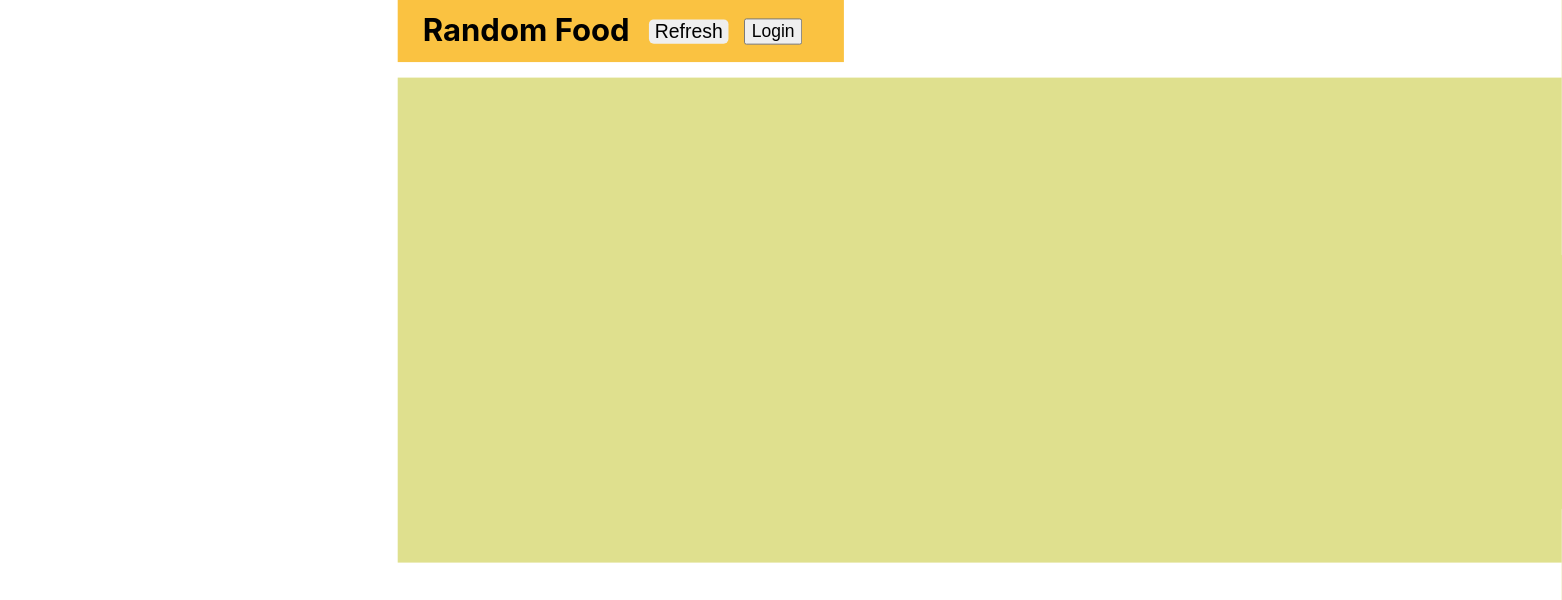
Repository: limjoohyun2030/random-food
Page: /random-food/home
An editor plug-in stored every save of this project. The page is shown before and after the next save, followed by the edit.
The browser window is 1280 px wide. The page is 1610 px wide, then 1280 px, so the pictures cover 1610 px, including what lies to the right of the window. The pictures show the whole page, at 97% of full size.
The page's requests for data from a server got no answer. The project was rebuilt for these pictures with package versions that can differ from the ones it lists, and the page was loaded fresh each time. A package was used in the major version that the imports need, not the one package.json lists. No one was signed in, and anything a server would have sent is missing. Also part of the build but not shown: src/components/food_detail/food_detail.module.css, src/components/food_detail/food_detail.jsx, src/components/food_item/food_item.module.css, src/components/food_item/food_item.jsx, src/components/login/login.module.css, src/components/login/login.jsx.

Above is the page before, as saved 2021-11-11 17:36:42.

### public/index.html
<!DOCTYPE html>
<html lang="en">
  <head>
    <meta charset="utf-8" />
    <link rel="icon" href="/images/foodIcon.ico" />
    <meta name="viewport" content="width=device-width, initial-scale=1" />
    <meta name="theme-color" content="#000000" />
    <meta
      name="description"
      content="Web site created using create-react-app"
    />

    <title>Random Food</title>
  </head>
  <body>
    <noscript>You need to enable JavaScript to run this app.</noscript>
    <div id="root"></div>
  </body>
</html>

### src/index.js
import React from "react";
import ReactDOM from "react-dom";
import "./index.css";
import App from "./app";
import AuthService from "./service/auth_service";

const authService = new AuthService();

ReactDOM.render(
  <React.StrictMode>
    <App authService={authService} />
  </React.StrictMode>,
  document.getElementById("root")
);

### src/index.css
body {
  margin: 0;
  padding: 0;
  font-family: -apple-system, BlinkMacSystemFont, "Segoe UI", "Roboto", "Oxygen",
    "Ubuntu", "Cantarell", "Fira Sans", "Droid Sans", "Helvetica Neue",
    sans-serif;
  -webkit-font-smoothing: antialiased;
  -moz-osx-font-smoothing: grayscale;
}

code {
  font-family: source-code-pro, Menlo, Monaco, Consolas, "Courier New",
    monospace;
}

* {
  box-sizing: border-box;
}

#root {
  display: flex;
  justify-content: center;
}

### src/app.jsx
import { useEffect, useState, useRef } from "react";
import { BrowserRouter, Route, Switch } from "react-router-dom";
import styles from "./app.module.css";
import FoodDetail from "./components/food_detail/food_detail";
import FoodList from "./components/food_list/food_list";
import Header from "./components/header/header";
import Login from "./components/login/login";


function App({ authService }) {
  const ref = useRef();
  const [foods, setFoods] = useState([]);
  const [isSelectedFood, setIsSelectedFood] = useState();
  const [isFoodOpen, setIsFoodOpen] = useState(false);
  const [isRefresh, setIsRefresh] = useState(false);

  const selectFood = (food) => {
    setIsSelectedFood(food);
  };

  const onRefreshClick = () => {
    setIsRefresh((oldstate) => !oldstate);
  };

  useEffect(() => {
    const myHeaders = new Headers();
    myHeaders.append("Content-Type", "application/json");

    const requestOptions = {
      method: "GET",
      headers: myHeaders,
      redirect: "follow",
    };

    fetch(
      "https://api.spoonacular.com/recipes/random?number=4&apiKey=92cedfb0b9e844679738e6c6c90cd453",
      requestOptions
    )
      .then((response) => response.json())
      .then((result) => setFoods(result.recipes))
      .catch((error) => console.log("error", error));
  }, [isRefresh]);

  useEffect(() => {
    const checkIfClickedOutside = (e) => {
      if (isFoodOpen && ref.current && !ref.current.contains(e.target)) {
        setIsFoodOpen(false);
      }
    };

    document.addEventListener("mousedown", checkIfClickedOutside);

    return () => {
      document.removeEventListener("mousedown", checkIfClickedOutside);
    };
  }, [isFoodOpen]);

  return (
    <div className={styles.app}>
      <BrowserRouter>
        <Switch>
          <Route
            exact
            path="/random-food/"
            render={() => <Login authService={authService} />}
          />

          <Route
            path="/random-food/home"
            render={() => (
              <div>
                <Header onRefreshClick={onRefreshClick} />
                <section>
                  <div className={styles.detail}>
                    {isFoodOpen && <FoodDetail food={isSelectedFood} />}
                  </div>

                  <div
                    className={styles.list}
                    onClick={() => setIsFoodOpen((oldstate) => !oldstate)}
                  >
                    <FoodList
                      foods={foods}
                      onFoodClick={selectFood}
                      ref={ref}
                    />
                  </div>
                </section>
              </div>
            )}
          />
          <Route path="*">
            <h2>Page Not Found</h2>
          </Route>
        </Switch>
      </BrowserRouter>
    </div>
  );
}

export default App;

### src/service/auth_service.js
import firebase from "firebase";
import firebaseApp from "./firebase";

class AuthService {
  login() {
    const authProvider = new firebase.auth.GoogleAuthProvider();
    return firebaseApp.auth().signInWithPopup(authProvider);
  }
}

export default AuthService;

### src/app.module.css
/* @value makerLightOrange from './common/colors.css'; */

.app {
  max-width: 100rem;
  /* background-image: url("https://image.freepik.com/free-photo/spaghetti-with-spicy-mixed-seafood-dark-background_1150-45297.jpg"); */
  background-repeat: no-repeat;
  background-size: 100vw 100vh;
}

.content {
  position: relative;
}

.detail {
  z-index: 2;
  /* margin: auto 0; */
  margin-top: 1em;
  height: 500px;
  width: 1200px;
  position: absolute;
  background-color: #dfe08e;
}

.list {
  /* visibility: hidden; */
  z-index: 1;
}

### src/components/food_list/food_list.jsx
import React from "react";
import FoodItem from "../food_item/food_item";
import styles from "./food_list.module.css";

const FoodList = React.forwardRef(({ foods, onFoodClick }, ref) => {
  return (
    <section className={styles.foodBox}>
      {/* <div className={styles.sidebarLeft}>AD</div> */}
      <ul className={styles.foods}>
        {foods &&
          foods.map((food) => (
            <FoodItem
              key={food.id}
              food={food}
              onFoodClick={onFoodClick}
              ref={ref}
            />
          ))}
      </ul>
      {/* <div className={styles.sidebarRight}>AD</div> */}
    </section>
  );
});

export default FoodList;

### src/components/header/header.jsx
import styles from "./header.module.css";
import React from "react";

const Header = ({ onRefreshClick }) => {
  return (
    <header className={styles.header}>
      <div className={styles.leftbox}>
        {/* <img
          className={styles.foodIcon}
          src="https://github.com/Sweetpotatopizza/random-food/blob/main/public/images/reloadIcon.png"
          alt="logo"
        /> */}
        <h1 className={styles.title}>Random Food</h1>
        <button className={styles.reloadBox} onClick={onRefreshClick}>
          Refresh
          {/* <img
            className={styles.reloadBtn}
            src="/images/reload.png"
            alt="reload"
          /> */}
        </button>
      </div>
      {/* fontawesome needed */}
      <div className={styles.rightbox}>
        {/* <button className={styles.like}>Like</button> */}
        <button className={styles.login}>Login</button>
      </div>
    </header>
  );
};

export default Header;

### src/service/firebase.js
// Import the functions you need from the SDKs you need
// import { initializeApp } from "firebase/app";
import firebase from "firebase";

// TODO: Add SDKs for Firebase products that you want to use
// https://firebase.google.com/docs/web/setup#available-libraries

// Your web app's Firebase configuration
// For Firebase JS SDK v7.20.0 and later, measurementId is optional
const firebaseConfig = {
  apiKey: process.env.REACT_APP_FIREBASE_API_KEY,
  authDomain: process.env.REACT_APP_FIREBASE_AUTH_DOMAIN,
  databaseURL: process.env.REACT_APP_FIREBASE_DB_URL,
  projectId: process.env.REACT_APP_FIREBASE_PROJECT_ID,
  appId: process.env.REACT_APP_FIREBASE_APP_ID,
};

// console.log(process.env.REACT_APP_FIREBASE_API_KEY);
// Initialize Firebase
const firebaseApp = firebase.initializeApp(firebaseConfig);
export default firebaseApp;

### src/components/food_list/food_list.module.css
.foodBox {
  display: flex;
}

.foods {
  display: flex;
  flex-wrap: wrap;
  list-style: none;
  justify-content: center;
  align-items: center;
  width: 90%;
  margin: 1em auto;
  padding: 0;
  position: relative;
}

.sidebarLeft {
  margin-top: 1em;
  margin-left: 0.5em;
  background-color: chartreuse;
  font-size: 3em;
  width: 10%;
  cursor: blocked;
  position: relative;
}

.sidebarLeft::after {
  position: absolute;
  z-index: 2;
}

.sidebarRight {
  margin-top: 1em;
  margin-right: 0.5em;
  background-color: chartreuse;
  font-size: 3em;
  width: 10%;
  cursor: blocked;
  position: relative;
}

.sidebarRight::after {
  position: absolute;
  z-index: 2;
}

@media screen and (max-width: 769px) {
  .foods {
    flex-direction: column;
    flex-wrap: nowrap;
    width: 100%;
  }
}

### src/components/header/header.module.css
/* @value makerOrange from '../../common/colors.css'; */

.header {
  display: flex;
  height: 4rem;
  padding: 0.8em 1em;
  background-color: #fac241;
  align-items: center;
  justify-content: space-between;
}

.leftbox {
  display: flex;
  align-items: center;
  margin-right: 1em;
}

.title {
  margin-top: 19px;
  margin-left: 10px;
}

.foodIcon {
  width: 50px;
  height: 50px;
}

.reloadBox {
  font-size: 20px;
  border-radius: 5px;
  border: none;
  margin-left: 1em;
  transition: transform 200ms ease-in-out;
}

.reloadBox:hover {
  cursor: pointer;
  transform: scale(1.07);
}

.reloadBtn {
  width: 40px;
  height: 40px;
}

.reloadBtn:hover {
  cursor: pointer;
  animation-name: spin;
  animation-duration: 2000ms;
  animation-iteration-count: infinite;
  animation-timing-function: linear;
}

@keyframes spin {
  from {
    transform: rotate(0deg);
  }
  to {
    transform: rotate(360deg);
  }
}

.like {
  margin-right: 1.5em;
  font-size: large;
  cursor: pointer;
  transition: transform 200ms ease-in-out;
}

.like:hover {
  transform: scale(1.07);
}

.login {
  margin-right: 1.5em;
  font-size: large;
  cursor: pointer;
}

After the next save:
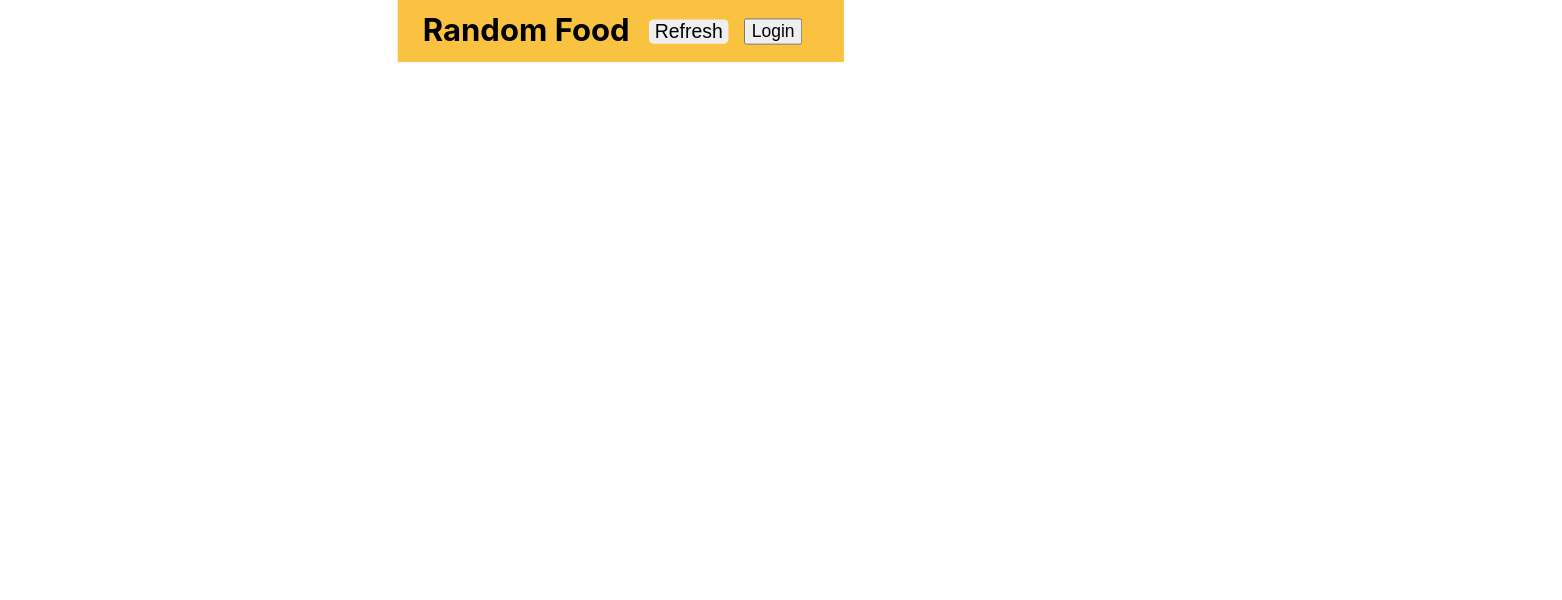
Saved 13 s later.
--- a/src/app.module.css
+++ b/src/app.module.css
@@ -16,7 +16,7 @@
   /* margin: auto 0; */
   margin-top: 1em;
   height: 500px;
-  width: 1200px;
+  width: auto;
   position: absolute;
   background-color: #dfe08e;
 }
